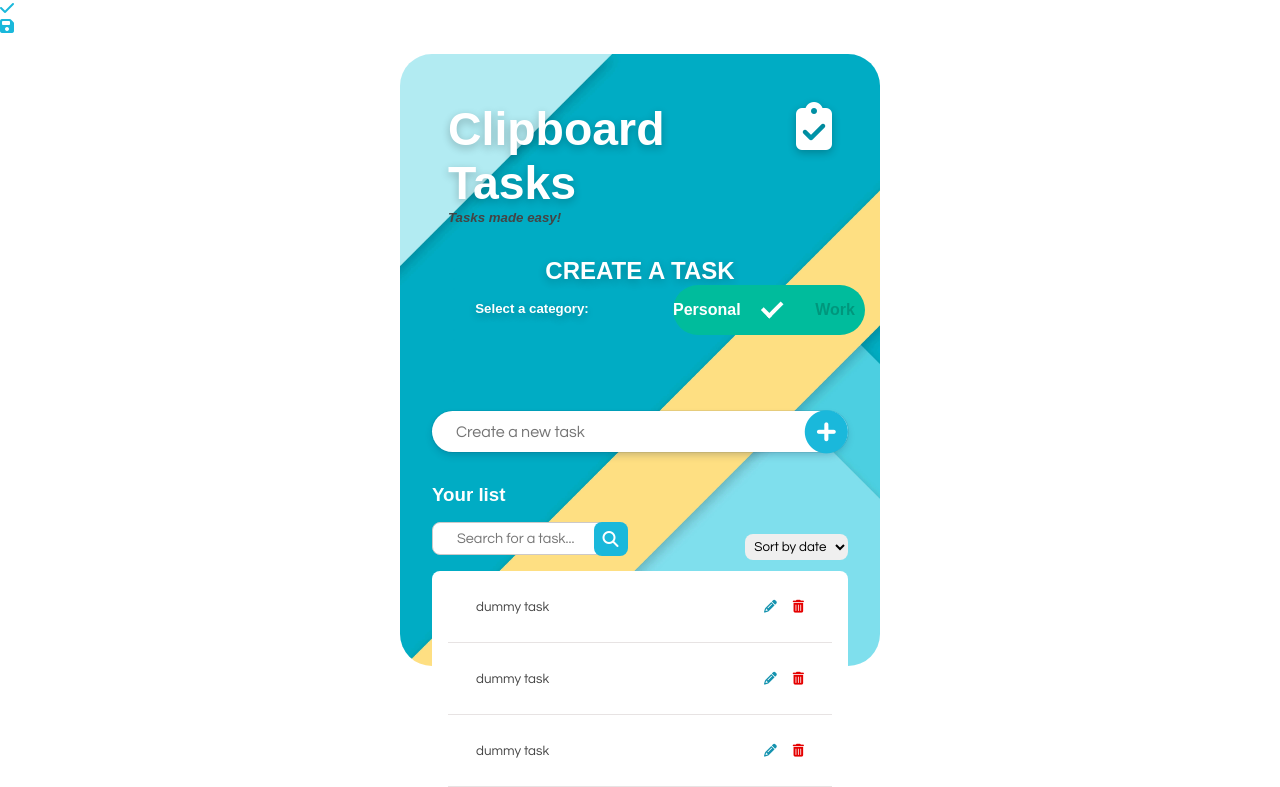
Repository: WesleyErasmus/Todo-App
Page: todoApp.html
An editor plug-in stored every save of this project. The page is shown before and after the next save, followed by the edit.
The browser window is 1280 px wide. The pictures show the whole page.
Some web fonts or font styles are not loaded; a fallback is used. Some web libraries are served in a nearby version.

Above is the page before, as saved 2022-06-12 17:08:25.

After the next save:
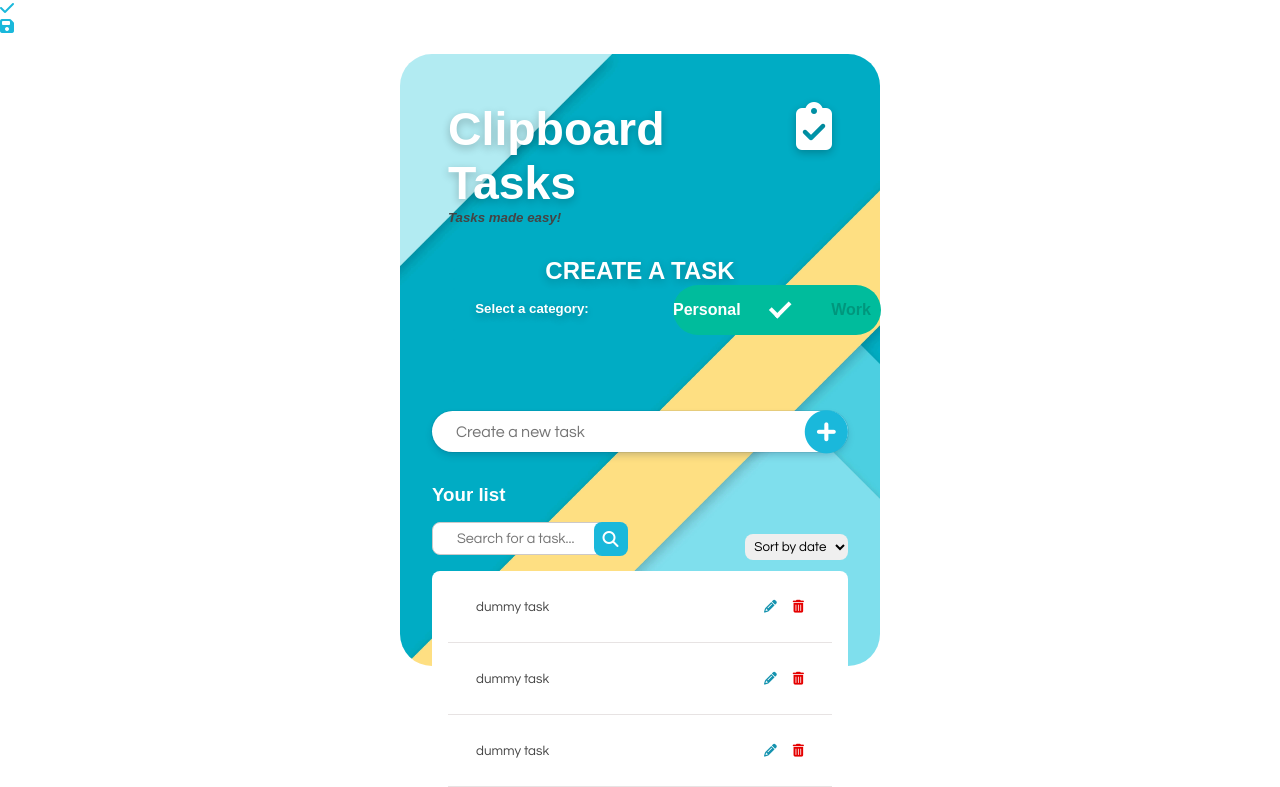
Saved 4 s later.
--- a/source/css/todoApp.css
+++ b/source/css/todoApp.css
@@ -350,7 +350,7 @@ option {
     position: absolute;
     top: 50%;
     left: 50%;
-    width: 12rem;
+    width: 13rem;
     height: 50px;
     text-align: center;
     margin: -30px 0 0 -75px;
